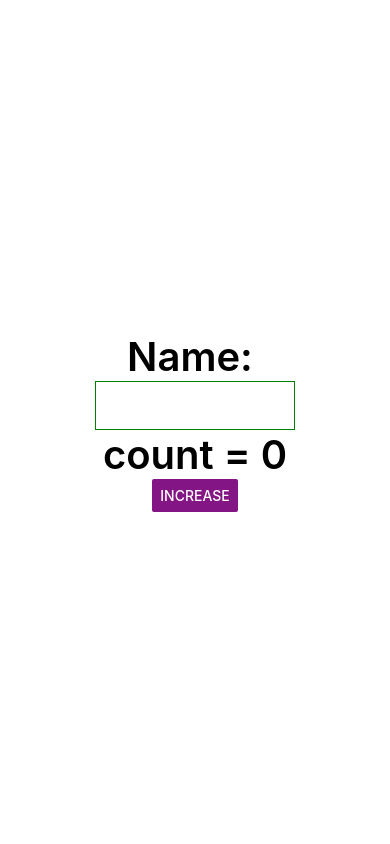
Repository: Ducbii4202/React-Native
Screen: /
These files come from the project's save history. The screen is drawn as it stood at one moment and after the next save; the edit follows.
The app was drawn by React Native's web renderer in a window 390 px wide. The project was rebuilt for these pictures with package versions that can differ from the ones it lists, and the page was loaded fresh each time.

Above is the screen before, as saved 2024-09-14 01:59:41.

### App.tsx

import { useState } from 'react';
import { Button, StyleSheet, Text, TextInput, View } from 'react-native';

export default function App() {
  const [count, setCount] = useState(0);
  const [name, setName] = useState("");

  return (
    <View style={styles.container}>
      <Text style={{fontSize:40, fontWeight:"600"}}>Name: {name }</Text>
      <TextInput style={styles.input}
        onChangeText={(value) => setName(value)}
      />
      <Text style={{fontSize:40, fontWeight:"600"}}>
      count = {count}
      </Text>
      <View>
        <Button color="#841584"
          title='Increase'
          onPress={() => setCount(count + 1)} />
      </View>
    </View>
  );
}


//css in js
const styles = StyleSheet.create({
  container: {
    flex: 1,
    backgroundColor: '#fff',
    alignItems: 'center',
    justifyContent: 'center',
  },
  hello1: {
    color: "violet",
    borderColor: "pink",
    borderWidth: 1,
    fontSize: 30,
    padding:10,
  },
  header: {
    fontSize: 30,
    fontWeight:"600",
  },
  input: {
    borderColor: "green",
          borderWidth: 1,
          width: 200,
          padding: 15,
  }
});

After the next save:
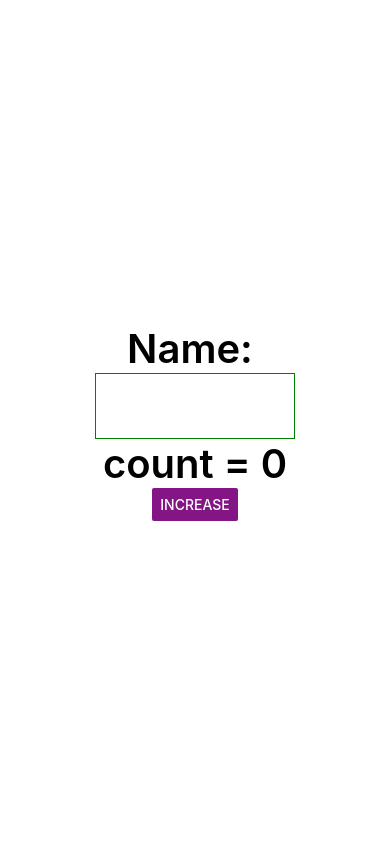
Saved 40 s later.
--- a/App.tsx
+++ b/App.tsx
@@ -10,6 +10,7 @@ export default function App() {
     <View style={styles.container}>
       <Text style={{fontSize:40, fontWeight:"600"}}>Name: {name }</Text>
       <TextInput style={styles.input}
+        multiline
         onChangeText={(value) => setName(value)}
       />
       <Text style={{fontSize:40, fontWeight:"600"}}>
